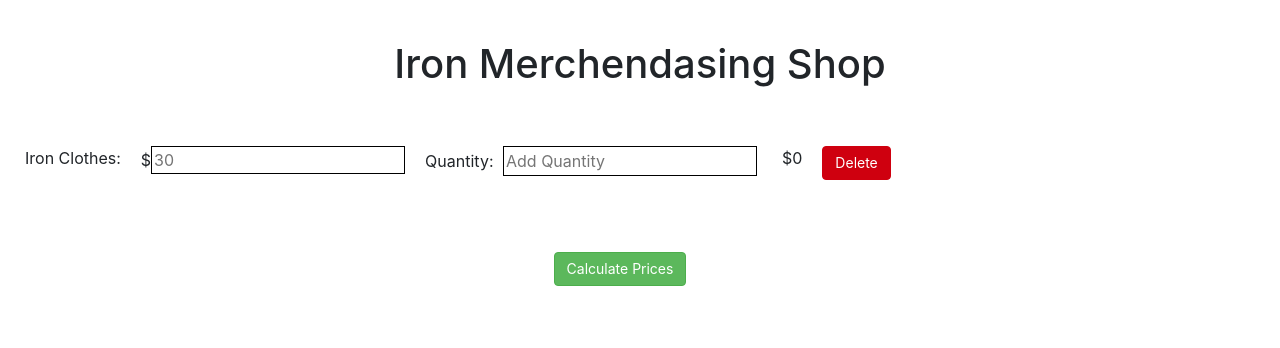
Repository: konstantin0s/lab-cart-DOM
Page: index.html
An editor plug-in stored every save of this project. The page is shown before and after a run of saves, followed by the edit.
The browser window is 1280 px wide. The pictures show the whole page.
Some web libraries are served in a nearby version.

Above is the page before, as saved 2019-02-01 21:57:31.
Console error: TypeError: Cannot set properties of null (setting 'onclick')

### index.html
<!DOCTYPE html>
<html lang="en">
<head>
  <meta charset="UTF-8">
  <meta name="viewport" content="width=device-width, initial-scale=1.0">
  <meta http-equiv="X-UA-Compatible" content="ie=edge">
  <link rel="stylesheet" href="https://cdnjs.cloudflare.com/ajax/libs/normalize/5.0.0/normalize.min.css">
  <link rel="stylesheet" href="https://stackpath.bootstrapcdn.com/bootstrap/4.2.1/css/bootstrap.min.css">
  <link rel="stylesheet" href="./css/style.css">
  <title>Ironhack cart</title>
</head>
<body>
  <h1  class="title">Iron Merchendasing Shop</h1>
  <div class="container">
    <div class="product">
      <span class="proName">
      Iron Clothes:
      </span>
    </div>
    <div class="cost">
      <!-- <span class="costUnit">
          30
      </span> -->
      <label for="cost">
          $<input type="text" placeholder="30" class="costUnit">
      </label>
    </div>
    <div class="input">
      <label for="unit">
         Quantity:
      </label>
      <input type="text" placeholder="Add Quantity" class="quantity">
    </div>
    <div class="totalP">
      <span class="price">
        $0
      </span>
    </div>

    <div class="remove">
      <button class="button btn-delete" type="button">Delete</button>
    </div>
  </div>

    <div class="calculate">
      <button type="button" onclick="getPriceByProduct()" class="button btn-success" id="calc-prices-button">Calculate Prices</button>
    </div>

    <p class="result">

      </p>

      <script type="text/javascript" src="./js/index.js"></script>

</body>
</html>

### css/style.css

body{
  background-color: rgb(red, green, blue)
}

.title {
  text-align: center;
  padding: 40px;
}

.container {
  display: flex;
  margin-right: 230px;
}

input {
  border: solid 1px black;
}

.button {
  display: inline-block;
  padding: 6px 12px;
  margin-bottom: 0;
  font-size: 14px;
  font-weight: 400;
  line-height: 1.42857143;
  text-align: center;
  white-space: nowrap;
  vertical-align: middle;
  -ms-touch-action: manipulation;
  touch-action: manipulation;
  cursor: pointer;
  -webkit-user-select: none;
  -moz-user-select: none;
  -ms-user-select: none;
  user-select: none;
  background-image: none;
  border: 1px solid transparent;
  border-radius: 4px;
}

.btn-success {
    color: #fff;
    background-color: #5cb85c;
    border-color: #4cae4c;
}

.product {
  margin: 10px;

}

.cost {
  margin: 10px;

}

.input {
  margin: 10px;
}

.totalP {
  margin: 10px;
}

.calculate {
  display: flex;
  flex-direction: column;
  align-items: center;
  margin-top: 60px;
  margin-left: -40px;
}

.remove {
  margin: 10px;
}

.btn-delete {
    color: #fff;
    background-color: #CF000F;
    border-color: #CF000F;
}

.quantity {
  margin: 0px 5px;
  height: 30px;
}

.result {
  position: relative;
  top: 30px;
  width: 300px;
  height: 300px;
}

### js/index.js


  // document.getElementById("calc-prices-button").addEventListener("click", function(event){

  //       var clickedElement = event.target;
  //       var parentElement = event.target.parentElement;

        //Retrieves the unit price of the product
//Retrieves the quantity of items desired
//Calculates the total price based on this data
//Updates the total price in the DOM
// getPriceByProduct();


    // });

function deleteItem(e){

}

function getPriceByProduct(){
  // var getInput = document.getElementsByClassName("quantity").value;

  var myQuantity = parseFloat(document.getElementsByClassName('costUnit').value);
  var myInput = parseFloat(document.getElementsByClassName('quantity').value);

  // itemNode = myQuantity * myInput;

  // var multiply = myQuantity * myInput;

 document.getElementsByClassName('result').innerHTML = "Total price is = $" + (myQuantity * myInput);

  // if (result !== NaN) {
  //
  // }

  // console.log(result);

  //  document.getElementById('result').innerHTML = myResult;
  // itemNode = myResult;
  // return itemNode;
}




function updatePriceByProduct(productPrice, index){

}

function getTotalPrice() {

}

function createQuantityInput(){

}

function createDeleteButton(){

}

function createQuantityNode(){

}

function createItemNode(dataType, itemData){

}

function createNewItemRow(itemName, itemUnitPrice){

}

function createNewItem(){

}

window.onload = function(){
  var calculatePriceButton = document.getElementById('calc-prices-button');
  var createItemButton = document.getElementById('new-item-create');
  var deleteButtons = document.getElementsByClassName('btn-delete');

  calculatePriceButton.onclick = getTotalPrice;
  createItemButton.onclick = createNewItem;

  for(var i = 0; i<deleteButtons.length ; i++){
    deleteButtons[i].onclick = deleteItem;
  }
};

After the next 2 saves:
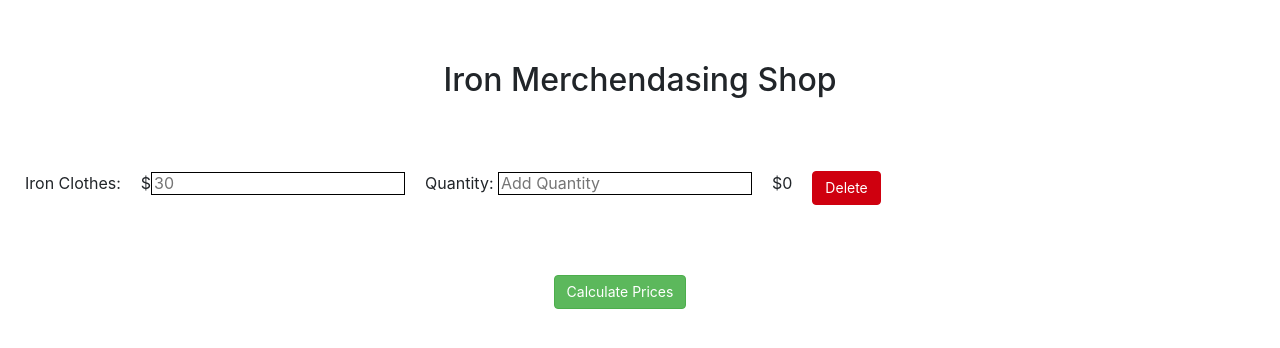
The 2 saves are shown as one change because they came seconds apart.
The last was saved 2 min 3 s later.
--- a/index.html
+++ b/index.html
@@ -4,11 +4,12 @@
   <meta charset="UTF-8">
   <meta name="viewport" content="width=device-width, initial-scale=1.0">
   <meta http-equiv="X-UA-Compatible" content="ie=edge">
+  <link rel="stylesheet" href="https://stackpath.bootstrapcdn.com/bootstrap/4.2.1/css/bootstrap.min.css">
   <link rel="stylesheet" href="https://cdnjs.cloudflare.com/ajax/libs/normalize/5.0.0/normalize.min.css">
-  <link rel="stylesheet" href="https://stackpath.bootstrapcdn.com/bootstrap/4.2.1/css/bootstrap.min.css">
   <link rel="stylesheet" href="./css/style.css">
   <title>Ironhack cart</title>
 </head>
+
 <body>
   <h1  class="title">Iron Merchendasing Shop</h1>
   <div class="container">
@@ -22,14 +23,14 @@
           30
       </span> -->
       <label for="cost">
-          $<input type="text" placeholder="30" class="costUnit">
+          $<input type="text" placeholder="30" id="costUnit">
       </label>
     </div>
     <div class="input">
       <label for="unit">
          Quantity:
       </label>
-      <input type="text" placeholder="Add Quantity" class="quantity">
+      <input type="text" placeholder="Add Quantity" id="quantity">
     </div>
     <div class="totalP">
       <span class="price">
@@ -48,7 +49,7 @@
 
     <p class="result">
 
-      </p>
+    </p>
 
       <script type="text/javascript" src="./js/index.js"></script>
 
